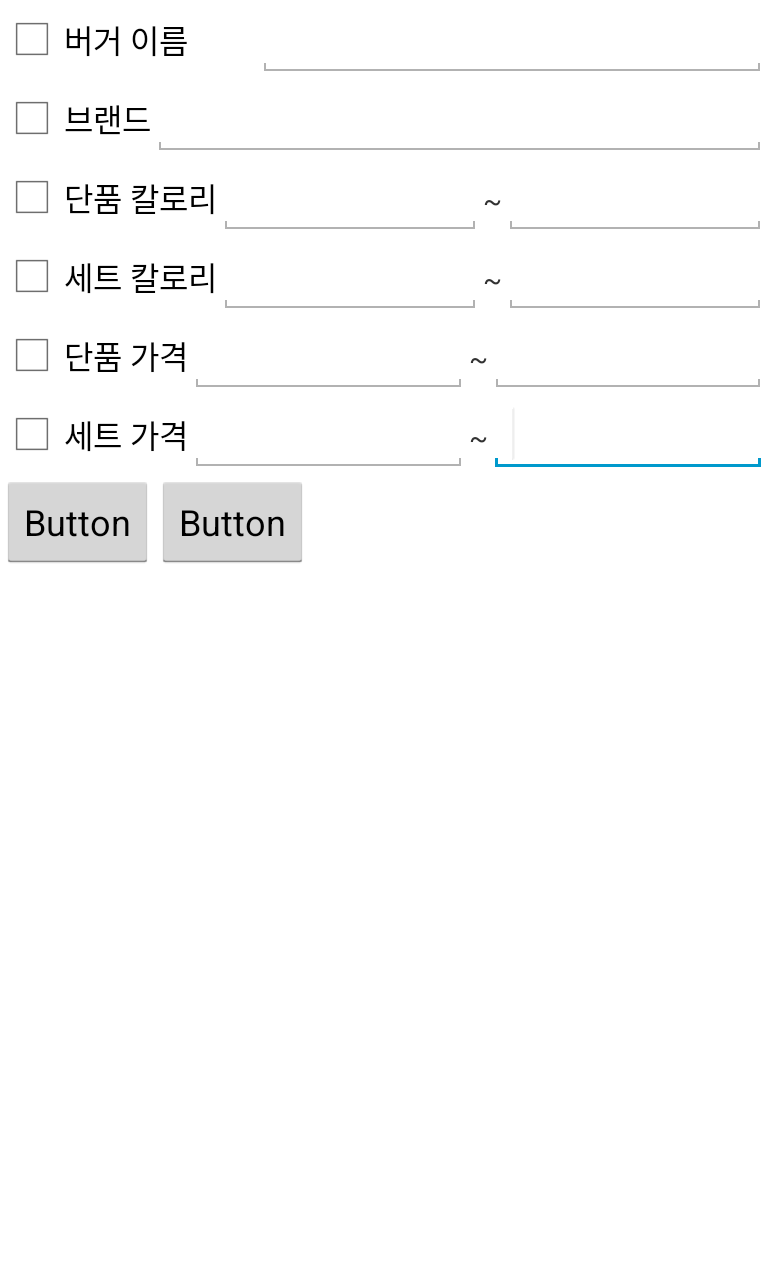
Repository: OnionLord/BurgerWIKI
Layout: burgerDicApp/BurgerDictionary/res/layout/burgersearch.xml
The author's editor kept a copy of each file at every save. The layout is drawn from the files as they stood at one save, then again after the next save.
It is drawn on a 768 x 1280 px phone screen (xhdpi) without system bars, with theme AppTheme; the app's code is not run.

Above is the layout before, as saved 2014-11-07 14:34:12.

### burgerDicApp/BurgerDictionary/res/layout/burgersearch.xml
<LinearLayout xmlns:android="http://schemas.android.com/apk/res/android"
    android:layout_width="fill_parent"
    android:layout_height="fill_parent"
    android:orientation="vertical" >

    <LinearLayout
        android:layout_width="match_parent"
        android:layout_height="wrap_content" >

        <CheckBox
            android:id="@+id/search_chk_name"
            android:layout_width="0dp"
            android:layout_weight="2"
            android:layout_height="wrap_content"
            android:text="버거 이름" />

        <EditText
            android:id="@+id/search_name"
            android:layout_width="0dp"
            android:layout_height="wrap_content"
            android:layout_weight="4"
            android:ems="10" >

            <requestFocus />
        </EditText>

    </LinearLayout>

    <LinearLayout
        android:layout_width="match_parent"
        android:layout_height="wrap_content" >

        <CheckBox
            android:id="@+id/search_chk_company"
            android:layout_width="wrap_content"
            android:layout_height="wrap_content"
            android:text="브랜드" />

        <EditText
            android:id="@+id/search_company"
            android:layout_width="wrap_content"
            android:layout_height="wrap_content"
            android:layout_weight="1"
            android:ems="10" >

            <requestFocus />
        </EditText>

    </LinearLayout>

    <LinearLayout
        android:layout_width="match_parent"
        android:layout_height="wrap_content" >

        <CheckBox
            android:id="@+id/search_chk_calone"
            android:layout_width="wrap_content"
            android:layout_height="wrap_content"
            android:text="단품 칼로리" />

        <EditText
            android:id="@+id/search_calone1"
            android:layout_width="wrap_content"
            android:layout_height="wrap_content"
            android:layout_weight="1"
            android:ems="10" >

            <requestFocus />
        </EditText>

        <TextView
            android:id="@+id/textView1"
            android:layout_width="wrap_content"
            android:layout_height="wrap_content"
            android:text="~" />

        <EditText
            android:id="@+id/search_calone2"
            android:layout_width="wrap_content"
            android:layout_height="wrap_content"
            android:layout_weight="1"
            android:ems="10" >

            <requestFocus />
        </EditText>

    </LinearLayout>

    <LinearLayout
        android:layout_width="match_parent"
        android:layout_height="wrap_content" >

        <CheckBox
            android:id="@+id/search_chk_calset"
            android:layout_width="wrap_content"
            android:layout_height="wrap_content"
            android:text="세트 칼로리" />

        <EditText
            android:id="@+id/search_calset1"
            android:layout_width="wrap_content"
            android:layout_height="wrap_content"
            android:layout_weight="1"
            android:ems="10" >

            <requestFocus />
        </EditText>

        <TextView
            android:id="@+id/textView2"
            android:layout_width="wrap_content"
            android:layout_height="wrap_content"
            android:text="~" />

        <EditText
            android:id="@+id/search_calset2"
            android:layout_width="wrap_content"
            android:layout_height="wrap_content"
            android:layout_weight="1"
            android:ems="10" >

            <requestFocus />
        </EditText>

    </LinearLayout>

    <LinearLayout
        android:layout_width="match_parent"
        android:layout_height="wrap_content" >

        <CheckBox
            android:id="@+id/search_chk_priceone"
            android:layout_width="wrap_content"
            android:layout_height="wrap_content"
            android:text="단품 가격" />

        <EditText
            android:id="@+id/search_priceone1"
            android:layout_width="wrap_content"
            android:layout_height="wrap_content"
            android:layout_weight="1"
            android:ems="10" >

            <requestFocus />
        </EditText>

        <TextView
            android:id="@+id/textView3"
            android:layout_width="wrap_content"
            android:layout_height="wrap_content"
            android:text="~" />

        <EditText
            android:id="@+id/search_priceone2"
            android:layout_width="wrap_content"
            android:layout_height="wrap_content"
            android:layout_weight="1"
            android:ems="10" >

            <requestFocus />
        </EditText>

    </LinearLayout>

    <LinearLayout
        android:layout_width="match_parent"
        android:layout_height="wrap_content" >

        <CheckBox
            android:id="@+id/search_chk_priceset"
            android:layout_width="wrap_content"
            android:layout_height="wrap_content"
            android:text="세트 가격" />

        <EditText
            android:id="@+id/search_priceset1"
            android:layout_width="wrap_content"
            android:layout_height="wrap_content"
            android:layout_weight="1"
            android:ems="10" >

            <requestFocus />
        </EditText>

        <TextView
            android:id="@+id/textView4"
            android:layout_width="wrap_content"
            android:layout_height="wrap_content"
            android:text="~" />

        <EditText
            android:id="@+id/search_priceset2"
            android:layout_width="wrap_content"
            android:layout_height="wrap_content"
            android:layout_weight="1"
            android:ems="10" >

            <requestFocus />
        </EditText>

    </LinearLayout>

    <LinearLayout
        android:layout_width="match_parent"
        android:layout_height="wrap_content" >

        <Button
            android:id="@+id/button1"
            android:layout_width="wrap_content"
            android:layout_height="wrap_content"
            android:text="Button" />

        <Button
            android:id="@+id/button2"
            android:layout_width="wrap_content"
            android:layout_height="wrap_content"
            android:text="Button" />

    </LinearLayout>

</LinearLayout>

Loaded but not shown: burgerDicApp/BurgerDictionary/res/values/styles.xml (common file); burgerDicApp/BurgerDictionary/res/values-v11/styles.xml (common file); burgerDicApp/BurgerDictionary/res/values-v14/styles.xml (common file)

After the next save:
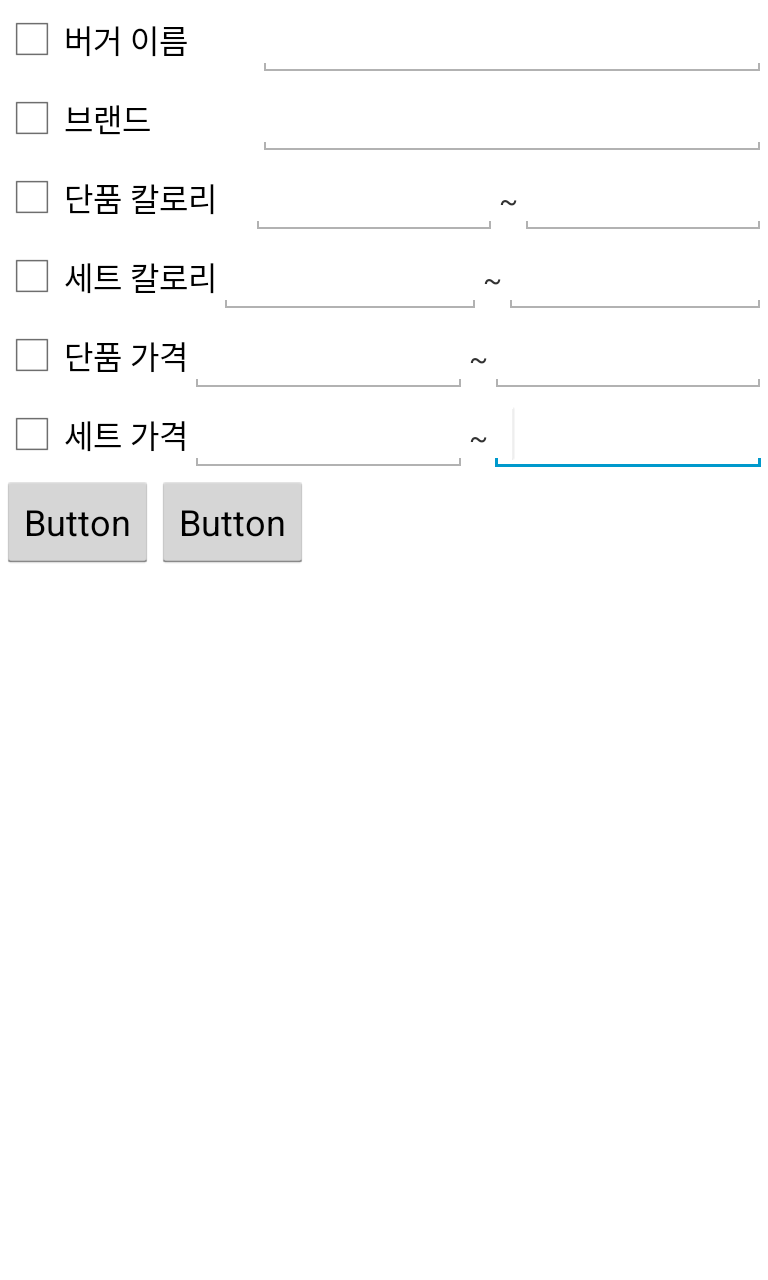
Saved 42 s later.
--- a/burgerDicApp/BurgerDictionary/res/layout/burgersearch.xml
+++ b/burgerDicApp/BurgerDictionary/res/layout/burgersearch.xml
@@ -32,15 +32,16 @@
 
         <CheckBox
             android:id="@+id/search_chk_company"
-            android:layout_width="wrap_content"
+            android:layout_width="0dp"
+            android:layout_weight="2"
             android:layout_height="wrap_content"
             android:text="브랜드" />
 
         <EditText
             android:id="@+id/search_company"
-            android:layout_width="wrap_content"
-            android:layout_height="wrap_content"
-            android:layout_weight="1"
+            android:layout_width="0dp"
+            android:layout_height="wrap_content"
+            android:layout_weight="4"
             android:ems="10" >
 
             <requestFocus />
@@ -54,15 +55,16 @@
 
         <CheckBox
             android:id="@+id/search_chk_calone"
-            android:layout_width="wrap_content"
+            android:layout_width="0dp"
+            android:layout_weight="2"
             android:layout_height="wrap_content"
             android:text="단품 칼로리" />
 
         <EditText
             android:id="@+id/search_calone1"
-            android:layout_width="wrap_content"
-            android:layout_height="wrap_content"
-            android:layout_weight="1"
+            android:layout_width="0dp"
+            android:layout_height="wrap_content"
+            android:layout_weight="2"
             android:ems="10" >
 
             <requestFocus />
@@ -76,9 +78,9 @@
 
         <EditText
             android:id="@+id/search_calone2"
-            android:layout_width="wrap_content"
-            android:layout_height="wrap_content"
-            android:layout_weight="1"
+            android:layout_width="0dp"
+            android:layout_height="wrap_content"
+            android:layout_weight="2"
             android:ems="10" >
 
             <requestFocus />
